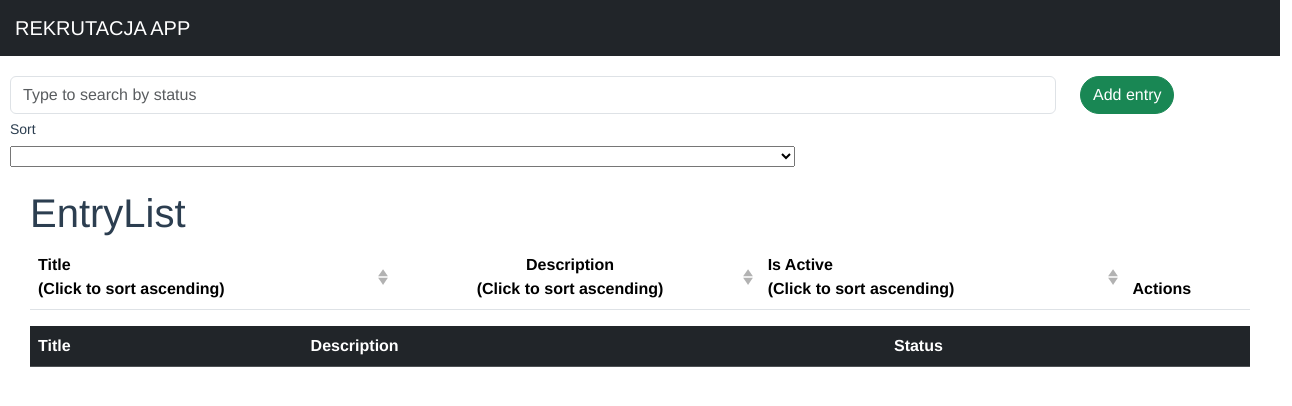
Repository: Madaless/vue_elastic
Page: / (app in vuejsapp/crudapp/)
The author's editor kept a copy of each file at every save. The page is drawn from the files as they stood at one save, then again after a run of saves.
The browser window is 1280 px wide. The page is 1292 px wide, so the pictures cover 1292 px, including what lies to the right of the window. The pictures show the whole page.
The page's requests for data from a server got no answer. The project was rebuilt for these pictures with package versions that can differ from the ones it lists, and the page was loaded fresh each time. No one was signed in, and anything a server would have sent is missing.

Above is the page before, as saved 2021-09-12 19:39:13.

After the next 2 saves:
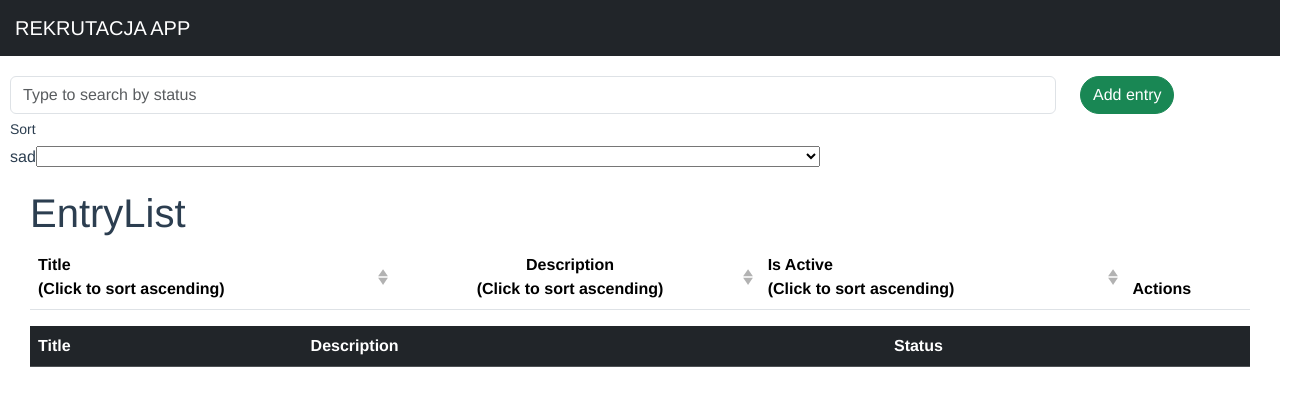
The 2 saves are shown as one change because 1 did not build or start.
The last was saved 2 min 22 s later.
--- a/vuejsapp/crudapp/src/components/FilterEntry.vue
+++ b/vuejsapp/crudapp/src/components/FilterEntry.vue
@@ -7,7 +7,7 @@
       placeholder="Type to search by status"
     ></b-form-input>
 
-    <b-form inline>
+
       <b-form-group
         label="Sort"
         label-for="sort-by-select"
@@ -17,6 +17,7 @@
         class="mb-0"
         v-slot="{ ariaDescribedby }"
       >
+      <label>sad</label>
         <b-form-select
           id="sort-by-select"
           v-model="sortBy"
@@ -30,7 +31,6 @@
           </template>
         </b-form-select>
       </b-form-group>
-    </b-form>
   </div>
 </template>
 
